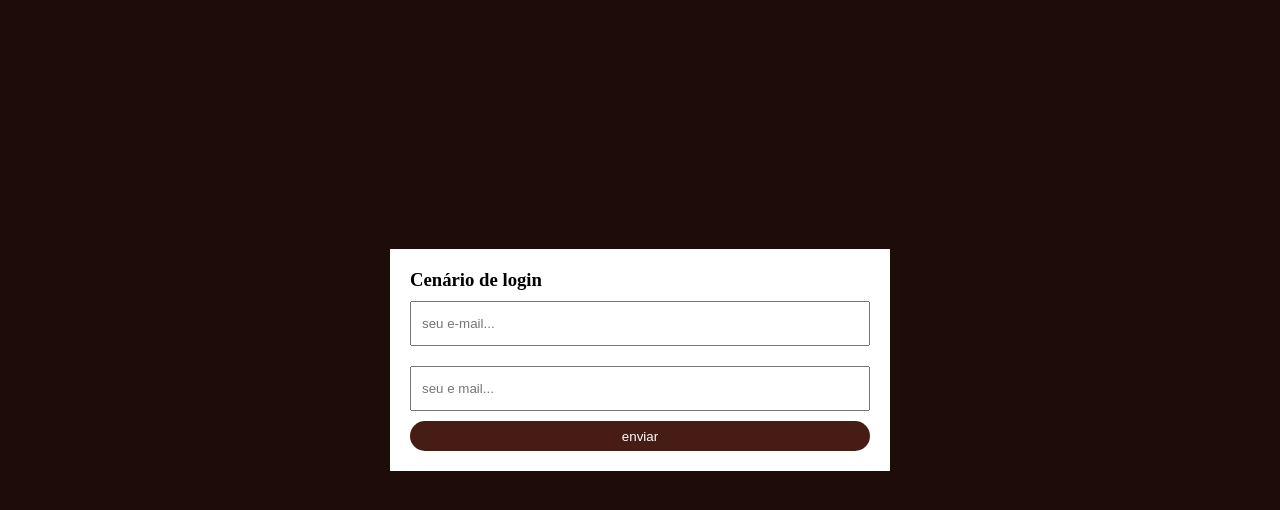
Repository: josceno/Sistema-para-controle-de-experimenta-o-animal
Page: index.html
These files come from the project's save history. The page is drawn as it stood at one moment and after the next save; the edit follows.
The browser window is 1280 px wide. The pictures show the whole page.

Above is the page before, as saved 2021-09-13 15:57:59.

### index.html
<html>
    <head>
        <title>Form Contato</title>

    </head>
    <style>
        *{margin:0; padding:0;box-sizing: border-box;}
        body
        {
            background-color: #1d0c09;
        }
        form
        {
            background-color: white;
            max-width: 500px;
            width: 70%;
            padding:20px;
            position:absolute;
            left: 50%;
            top: 50%;

            transform: translate(-50%,-50%);
        }
        form input[type=text],
        form input[type =text]{
            width: 100%;
            height: 45px;
            border:ipx solid #ccc;
            padding-left: 10px;
            margin: 10px 0;
        }
        form input[type=submit]
        {
            width: 100%;
            height:30px;
            cursor: pointer;
            background : #471c14;
            color: white;
            border: 0;
            border-radius:20px;


        }
    </style>

    <body>

        <form>
            <h3>Cenário de login</h3>
            <input type="text" name ="email" placeholder= "seu e-mail..."/>
            <input type = "text" name = "email" placeholder=  "seu e mail..."/>
            <input type =  "submit"name = "acao" value = "enviar"/>
        </form>
    </body>
</html>

After the next save:
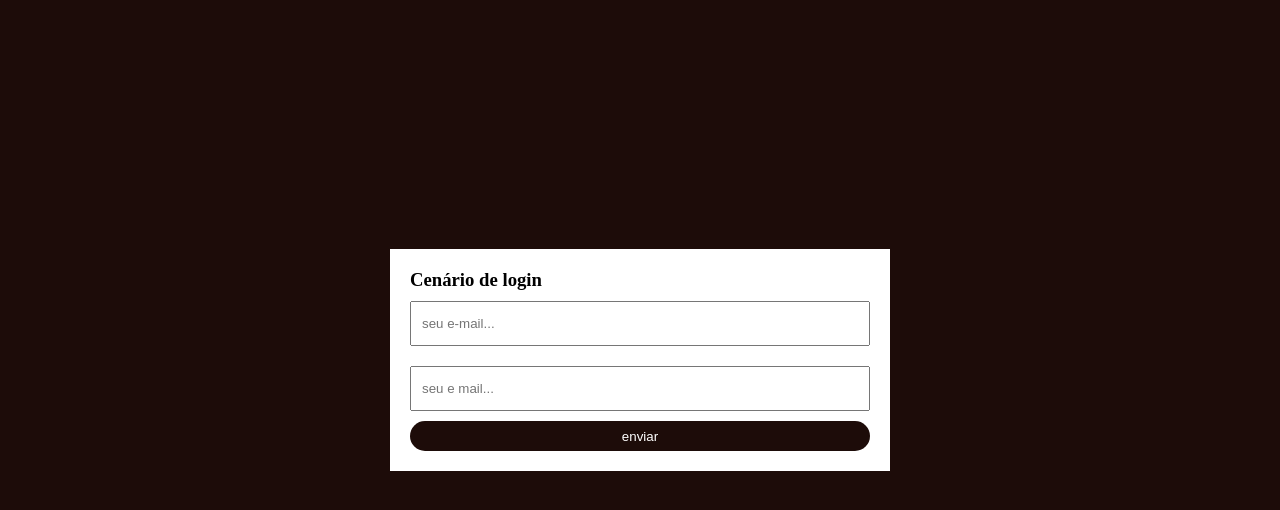
Saved 57 s later.
--- a/index.html
+++ b/index.html
@@ -31,10 +31,11 @@
         }
         form input[type=submit]
         {
+
             width: 100%;
             height:30px;
             cursor: pointer;
-            background : #471c14;
+            background : #1d0c09;
             color: white;
             border: 0;
             border-radius:20px;
